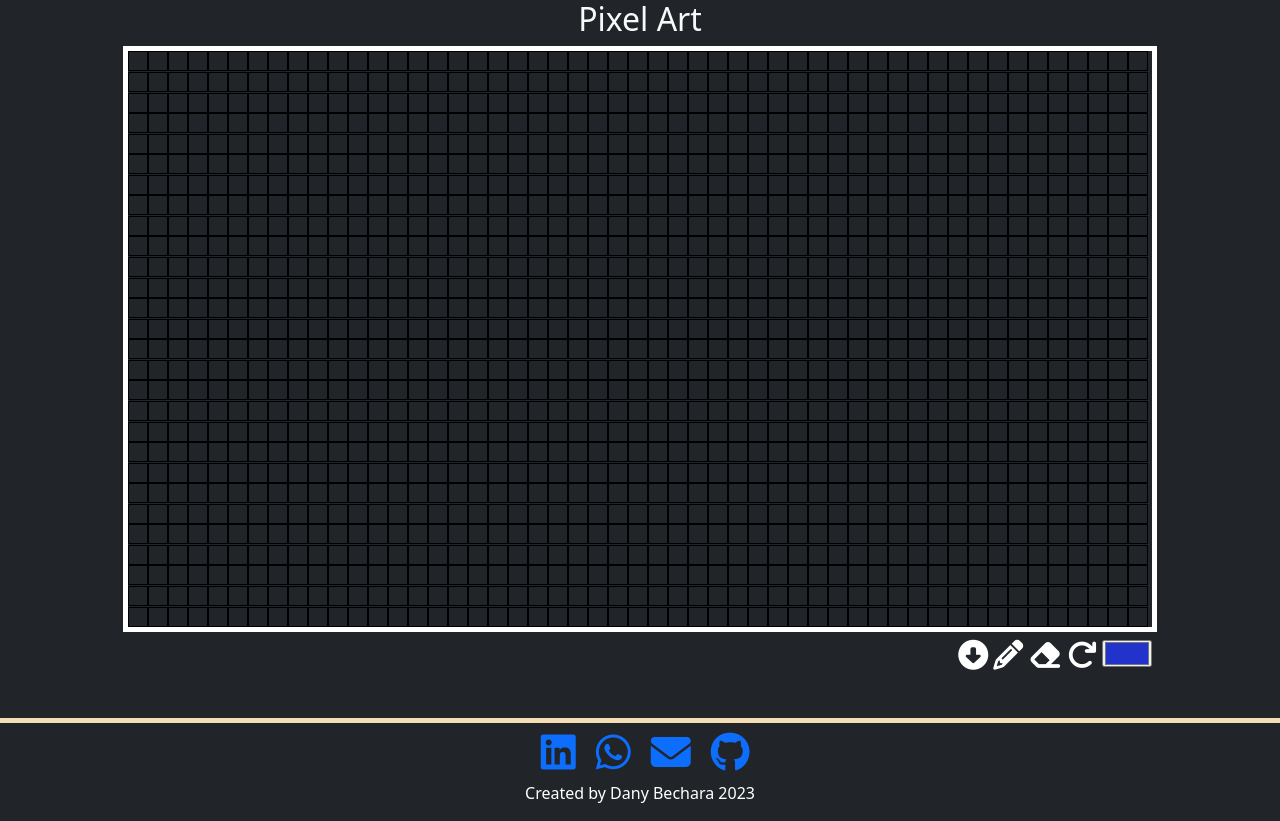
Repository: bechara611/pixelartdb
Page: /
The author's editor kept a copy of each file at every save. The page is drawn from the files as they stood at one save, then again after the next save.
The browser window is 1280 px wide. The pictures show the whole page.
Some web libraries are served in a nearby version. The project was rebuilt for these pictures with package versions that can differ from the ones it lists, and the page was loaded fresh each time. Also part of the build but not shown: vite.config.js.

Above is the page before, as saved 2023-03-07 15:24:24.

### index.html
<!DOCTYPE html>
<html lang="en">
  <head>
    <meta charset="UTF-8" />
    <link rel="icon" type="image/svg+xml" href="/vite.svg" />
    <meta name="viewport" content="width=device-width, initial-scale=1.0" />
    <title>Vite + React</title>

    <link rel="stylesheet" href="https://cdnjs.cloudflare.com/ajax/libs/font-awesome/6.3.0/css/all.min.css">
  </head>
  <body>
    <div id="root"></div>
    <script type="module" src="/src/main.jsx"></script>
  </body>
</html>

### src/main.jsx
import React from 'react'
import ReactDOM from 'react-dom/client'
import App from './App'
import 'bootstrap/dist/css/bootstrap.min.css'
import 'bootstrap/dist/js/bootstrap.bundle.js'

ReactDOM.createRoot(document.getElementById('root')).render(
  <>
  <App />

  </>

)

### src/App.jsx

import { useEffect, useState } from 'react'
import './App.css'
import { SelectableGroup } from 'react-selectable-fast'
import { Pixel } from './Pixel'
import { Footer } from './Footer'

const App = () => {
  const [pixels, setPixels] = useState([])
  const [isSelecting, setIsSelecting] = useState(false)
  const [startIndex, setStartIndex] = useState(null)
  const [colorActual, setcolorActual] = useState('#2233cc')
  const [lapiz,setLapiz]= useState(true);

  useEffect(() => {
    let contenedor = document.getElementById('contenedor')
    let divsAloAlto = Math.floor(contenedor.offsetHeight / 20)
    let divsAlOancho = Math.floor(contenedor.offsetWidth / 20);
    //para saber cuantos divs necesita un contenedor multiplica el numero de divs a lo alto * el numero de divds a lo ancho
    setPixels(Array.from({ length: divsAloAlto * divsAlOancho }, () => { return { active: false, color: colorActual } }))

  }, [])
  const onReset = () => {
    let pixelesCopy = [];
    pixelesCopy = [...pixels]
    for (let i = 0; i < pixels.length; i++) {
      pixelesCopy[i] = { active: false, color: 'transparent' }
    }
    setPixels(pixelesCopy)
  }
  const funcionArray = (index) => {
    let nuevoArray = [...pixels]
    nuevoArray[index] = { active: true, color: colorActual }
    setPixels(nuevoArray)
  }

  useEffect(() => {
    //console.log({ pixels })
  }, [pixels])

  const onMouseDown = (index) => {
    setIsSelecting(true);
    setStartIndex(index)
    // console.log('onMouseDown')
  }


  const onMouseOver2 = (index) => {
    if (isSelecting) {
      const pixelsupdated = [...pixels]
      pixelsupdated[index] = { ...pixelsupdated[index], active: true, color: colorActual }

      setPixels(pixelsupdated)

    }
    // console.log('onMouseOver')
  }

  const onMouseUp2 = (index) => {
    setIsSelecting(false)

  }
  return (
    <>
      <div className="bg-dark fondo">
        <div className="col-12 contenedor-05 ">
          <div className="contenedor-mayor header">
            <h2 className='text-light'>Pixel Art</h2>

          </div>
        </div>
        <div className="contenedor-mayor ">
          <div className="contorno">
            <div className={`contenedor ${!lapiz ? 'cursorBorrador' : 'cursorLapiz'}`} id='contenedor'>

              {

                pixels.map((a, index) => {
                  return <Pixel key={index}
                    color={a.color}
                    active={a.active}
                    funcion={() => funcionArray(index)}
                    onMouseDown={() => { onMouseDown(index) }}
                    onMouseUp={() => { onMouseUp2(index) }}
                    onMouseOver={() => { onMouseOver2(index) }}
                  ></Pixel>
                })

              }

            </div>
          </div>
        </div>
        <div className="col-12 contenedor-05  ">
          <div className="derecha mt-2">

          <i className="fa-solid fa-circle-down borrador" onClick={()=>{
            console.log('Descargar')
            }}></i>
          <i className="fa-solid fa-pencil borrador" onClick={()=>{ setLapiz(true)
            setcolorActual('#2233cc')
            }}></i>
            <i className="fa-solid fa-eraser borrador" onClick={()=>{ setLapiz(false)
            setcolorActual('transparent')
            }}></i>

            <i className="fa-solid fa-arrow-rotate-right  icono" onClick={() => { onReset() }}></i>
            <input type="color" className='selector' value={colorActual} onChange={(e) => {
               setcolorActual(e.target.value)
               setLapiz(true)
              }} />

          </div>

        </div>
        <div className="col-12 bg-dark">

        <Footer></Footer>
        </div>
      </div>



    </>

  )
}

export default App

### src/App.css
.fondo {
  height: 100vh;

}

.contorno {
  border: 5px solid white;
}

.contenedor-mayor {
  display: flex;
  flex-direction: row;
  justify-content: center;
  justify-self: center;
  align-items: center;

}

.contenedor-mayor2 {
  width: 80vw;
  align-self: center;
  display: flex;
  flex-direction: row;
  justify-content: space-between;
}

.contenedor-05 {
  display: flex;
  flex-direction: row;
  justify-content: center;
}

.derecha {
  width: 80vw;
  align-self: center;
  display: flex;
  flex-direction: row;
  justify-content: flex-end;
}

.pixel {
  width: 20px;
  height: 20px;
  border: 1px solid rgb(0, 0, 0);

  box-sizing: border-box;

}

.active {
  background: transparent;
}
.cursorBorrador{
  cursor: url(./assets/borrador.png), pointer;
}
.cursorLapiz{
cursor: url(./assets/pencil3.png), default;
}
.contenedor {

  display: flex;
  flex-direction: row;
  flex-wrap: wrap;
  width: 80vw;
  height: 80vh;
  max-width: 80vw;
  max-height: 80vh;
}

.icono {
  font-size: 30px;
  color: white;
  margin-right: 5px;
}
.borrador{
  font-size: 30px;
  color: white;
  margin-right: 5px;
  cursor: pointer;
}
.borrador:hover{
  font-size: 32px;
  color: rgb(191, 180, 180);
  transition: all .1s ease;
}

@keyframes rotar {
  from {
    transform: rotate(32deg);
  }

  to {
    transform: rotate(360deg);
  }
}

.icono:hover {
  color: rgb(171, 193, 216);
  cursor: pointer;
  animation-name: rotar;
  animation-duration: 1s;
  transition: all 1s ease;
  animation-iteration-count: infinite;
}

.selector{
cursor: pointer;
}

### src/Pixel.jsx
import React, { useState } from 'react'
import './App.css'
import {selectableGroup, createSelectable} from 'react-selectable-fast'
export const Pixel = (props) => {
    const [isActive, setisActive] = useState(false)
  return (

 <div className={`pixel ${props.active ? 'active' : ''}`} style={{ background:props.active ? props.color : ''}}
 onClick={()=>{
    setisActive(!isActive)
    props.funcion();
}}
onMouseDown={()=>{props.onMouseDown()}}
onMouseUp={()=>{props.onMouseUp()}}
onTouchEnd={()=>{props.onMouseUp()}}
onMouseOver={()=>{props.onMouseOver()}}
onTouchStart={()=>{{
    props.onMouseDown()
    props.onMouseOver()}}}
 >

 </div>
  )
}

### src/Footer.jsx
import React from 'react'
import './Footer.css'


let linkdn="https://linkedin.com/in/DanyBechara";
let correo="mailto:bechara611@gmail.com";
let blank='_blank';
let github='https://github.com/bechara611';
let whatssap='https://wa.me/584120361952';

export const Footer = () => {
  return (
    <>
      {/*Aca este footer le estamos colocando una posicion absolute y a su padre relativa para poder ubicarlo al final de su div padre */}
      <div className="footer col-12 mt-5 pt-1">
      <a href={linkdn} target={blank} className='animate__animated animate__lightSpeedInLeft'><i className=" linkdin fa-brands fa-linkedin iconoRedes"></i></a>
      <a href={whatssap} target={blank}  className='animate__animated animate__lightSpeedInLeft'><i className="whatssap fa-brands fa-whatsapp iconoRedes"></i></a>
      <a href={correo} target={blank}  className='animate__animated animate__lightSpeedInLeft'><i className="gmail fa-solid  fa-envelope iconoRedes"></i></a>
      <a href={github} target={blank}  className='  animate__animated animate__lightSpeedInLeft'><i className=" github fa-brands fa-github iconoRedes"></i></a>

     <div className="col-12 contenedor-mensaje-footer mt-1">
     <div className="col-12 contenedor-mensaje-footer">
     <p className='mensaje'>Created by Dany Bechara {new Date().getFullYear().toString()}</p>
     </div>

     </div>
      </div>
    </>

  )
}

### src/Footer.css
.footer{
    color: white;
    margin-top: 10px;
    border-top: 5px solid wheat;

    display: flex;
    flex-direction: row;
    justify-content: center;
    text-align: center;
    align-items: center;
    justify-items: center;
 flex-wrap: wrap;

}

.iconoRedes{
    font-size: 40px;
    padding-left: 10px;
    margin: 5px;

}

.github:hover{
    color: #6e5494;

}

.whatssap:hover{
color: #25d366;
}

.gmail:hover{
color:#cc0000;
}
.linkdin:hover{
color:#00a0dc;
}

.contenedor-mensaje-footer{
    display: flex;
    flex-direction: row;
    justify-content: center;
    text-align: center;
    align-items: center;
    justify-items: center;
}

/*?RESPONSIVE*/

@media(max-width:255px){
    .iconoRedes{
        font-size: 30px;
        padding-left: 5px;
    }
    .mensaje{
        font-size: 10px;
    }
}

After the next save:
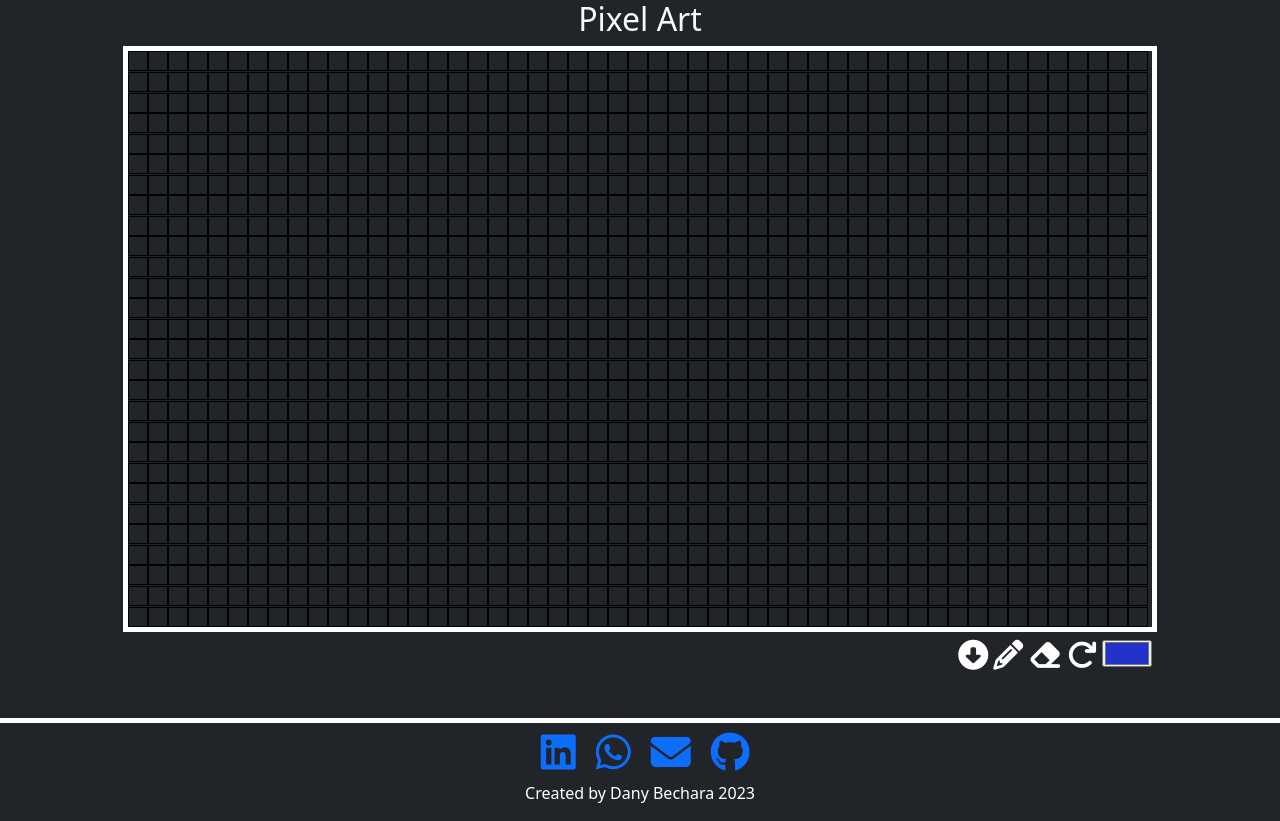
Saved 8 s later.
--- a/src/Footer.css
+++ b/src/Footer.css
@@ -1,7 +1,7 @@
 .footer{
     color: white;
     margin-top: 10px;
-    border-top: 5px solid wheat;
+    border-top: 5px solid white;
 
     display: flex;
     flex-direction: row;
